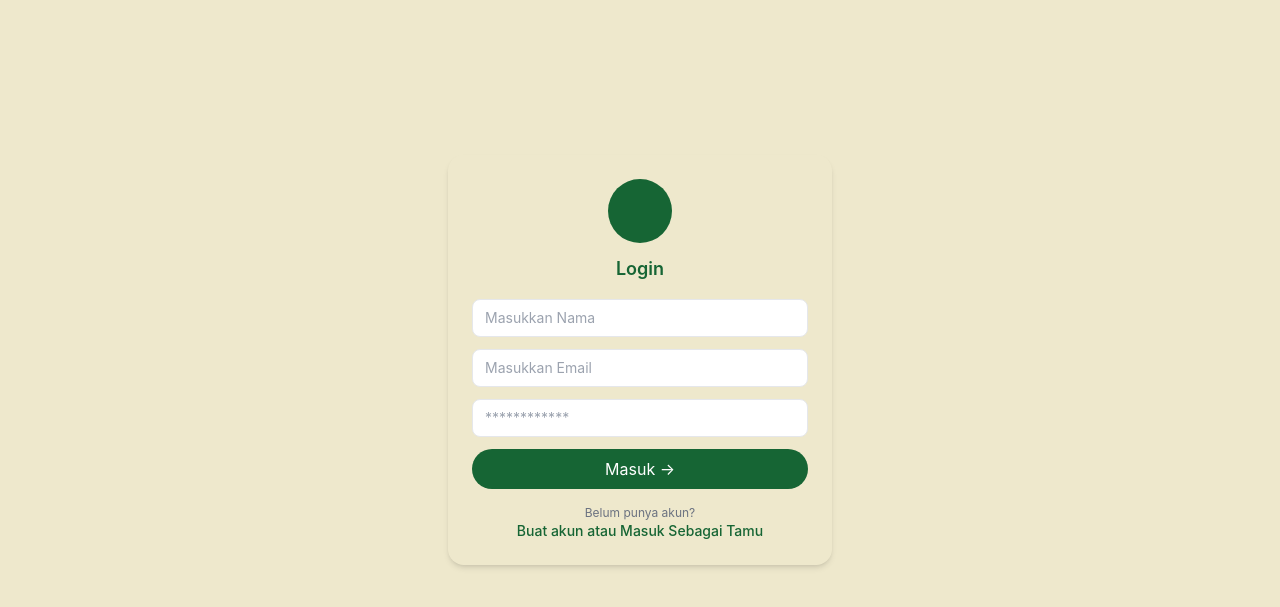
Repository: PajarAland/DiagramCoffee
Page: /login
These files come from the project's save history. The page is drawn as it stood at one moment and after the next save; the edit follows.
The browser window is 1280 px wide. The pictures show the whole page.
The project was rebuilt for these pictures with package versions that can differ from the ones it lists, and the page was loaded fresh each time. Also part of the build but not shown: vite.config.js, src/pages/Landing.jsx.

Above is the page before, as saved 2026-04-25 01:04:57.

### index.html
<!doctype html>
<html lang="en">
  <head>
    <meta charset="UTF-8" />
    <link rel="icon" type="image/svg+xml" href="/favicon.svg" />
    <meta name="viewport" content="width=device-width, initial-scale=1.0" />
    <title>diagramcoffee</title>
  </head>
  <body>
    <div id="root"></div>
    <script type="module" src="/src/main.jsx"></script>
  </body>
</html>

### src/index.css
@tailwind base;
@tailwind components;
@tailwind utilities;

body {
  @apply font-sans;
}

### src/App.jsx
import { BrowserRouter, Routes, Route } from "react-router-dom";
import Landing from "./pages/Landing";
import Login from "./pages/Login";

function App() {
  return (
    <BrowserRouter>
      <Routes>
        <Route path="/" element={<Landing />} />
        <Route path="/login" element={<Login />} />
      </Routes>
    </BrowserRouter>
  );
}

export default App;

### src/pages/Login.jsx
import { useState } from "react";

function Login() {
  const [email, setEmail] = useState("");
  const [password, setPassword] = useState("");

  const handleLogin = (e) => {
    e.preventDefault();
    console.log({ email, password });
    // nanti connect ke Laravel API di sini
  };

  return (
    <div className="min-h-screen bg-[#EEE8CC] flex items-center justify-center">
      <div className="bg-[FDFBF8] w-full max-w-sm rounded-2xl p-6 shadow-md text-center">

        {/* Avatar */}
        <div className="w-16 h-16 bg-green-800 rounded-full mx-auto mb-3"></div>

        {/* Title */}
        <h2 className="text-green-800 font-semibold text-lg mb-4">
          Login
        </h2>

        {/* Form */}
        <form onSubmit={handleLogin} className="space-y-3">

          <input
            type="text"
            placeholder="Masukkan Nama"
            className="w-full border rounded-lg px-3 py-2 text-sm outline-none"
          />

          <input
            type="email"
            placeholder="Masukkan Email"
            value={email}
            onChange={(e) => setEmail(e.target.value)}
            className="w-full border rounded-lg px-3 py-2 text-sm outline-none"
          />

          <input
            type="password"
            placeholder="************"
            value={password}
            onChange={(e) => setPassword(e.target.value)}
            className="w-full border rounded-lg px-3 py-2 text-sm outline-none"
          />

          {/* Button */}
          <button
            type="submit"
            className="w-full bg-green-800 text-white py-2 rounded-full mt-2"
          >
            Masuk →
          </button>
        </form>

        {/* Footer */}
        <p className="text-xs text-gray-500 mt-4">
          Belum punya akun?
        </p>

        <div className="text-sm text-green-800 font-medium">
          Buat akun atau Masuk Sebagai Tamu
        </div>
      </div>
    </div>
  );
}

export default Login;

### tailwind.config.js
/** @type {import('tailwindcss').Config} */
export default {
  content: [
    "./index.html",
    "./src/**/*.{js,jsx,ts,tsx}",
  ],
  theme: {
    fontFamily: {
      sans: ["Inter", "ui-sans-serif", "system-ui"],
    },
    extend: {},
  },
  plugins: [],
}

Loaded but not shown: src/main.jsx (common file)

After the next save:
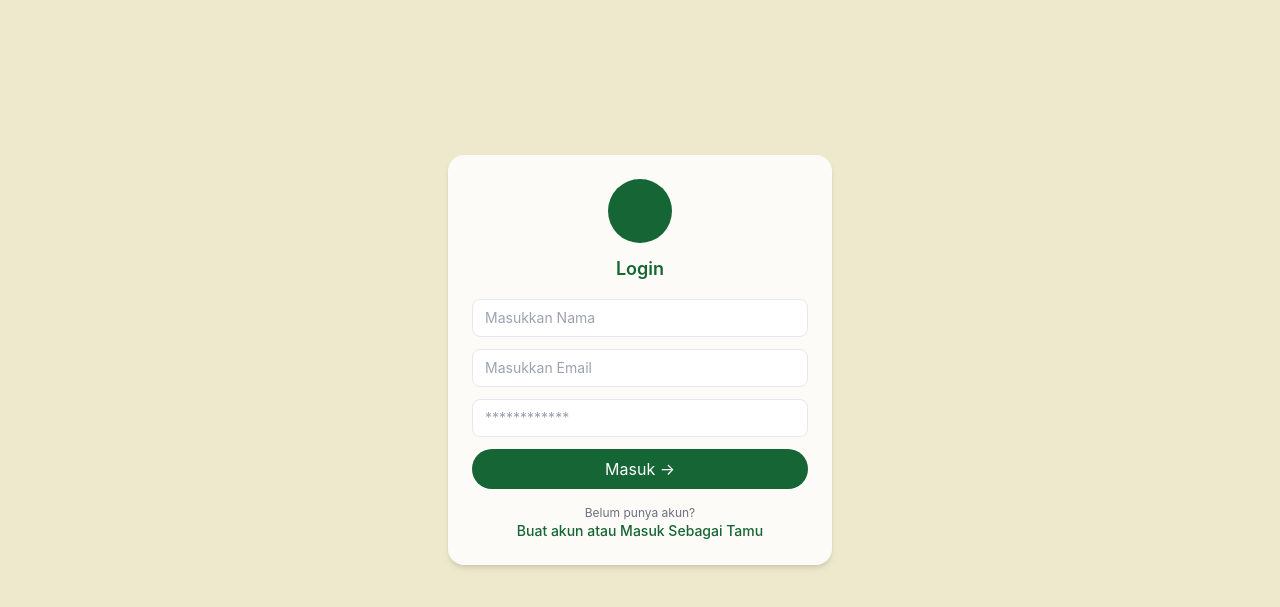
Saved 5 s later.
--- a/src/pages/Login.jsx
+++ b/src/pages/Login.jsx
@@ -12,7 +12,7 @@ function Login() {
 
   return (
     <div className="min-h-screen bg-[#EEE8CC] flex items-center justify-center">
-      <div className="bg-[FDFBF8] w-full max-w-sm rounded-2xl p-6 shadow-md text-center">
+      <div className="bg-[#FDFBF8] w-full max-w-sm rounded-2xl p-6 shadow-md text-center">
 
         {/* Avatar */}
         <div className="w-16 h-16 bg-green-800 rounded-full mx-auto mb-3"></div>
